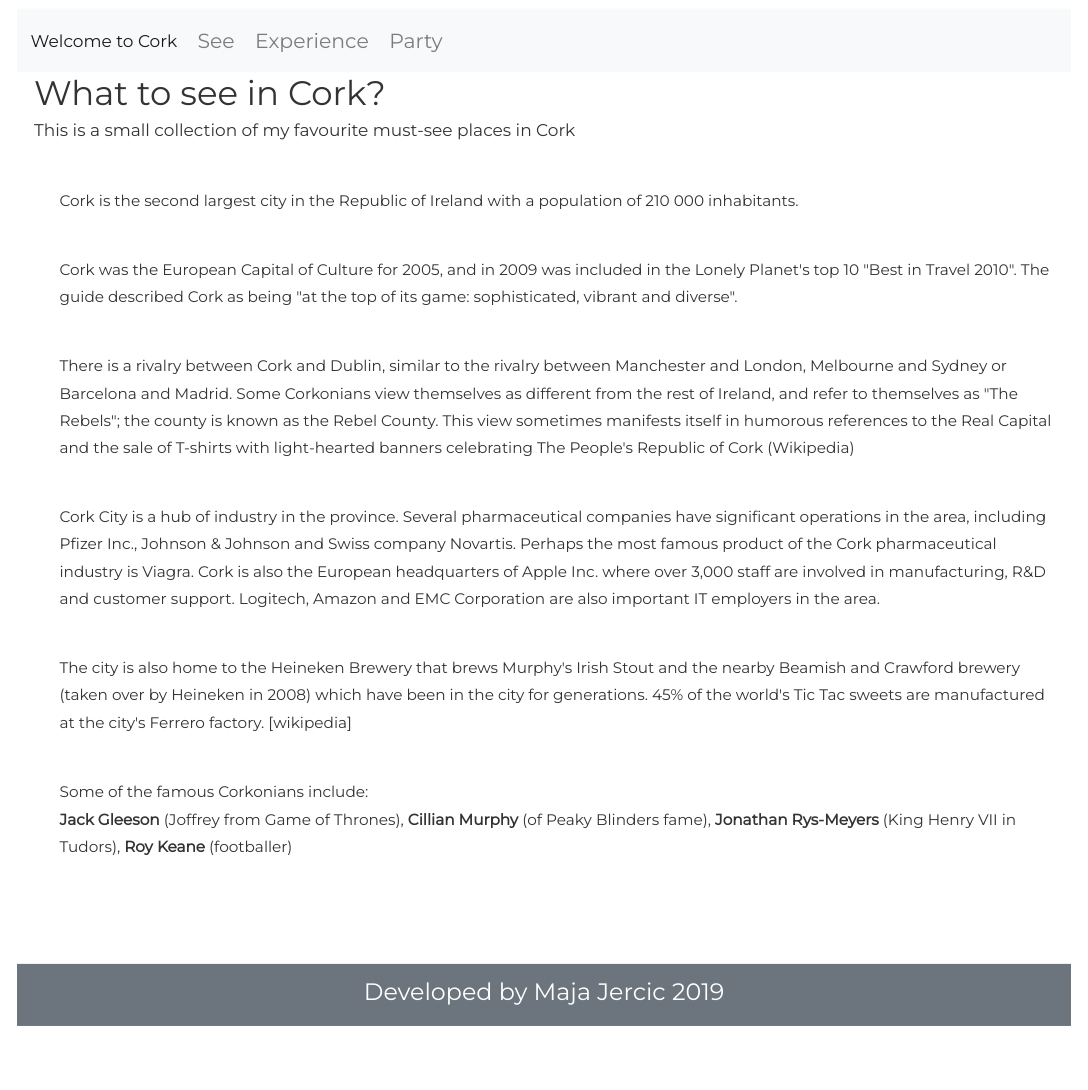
Repository: Maja-Jer/Welcome-to-Cork
Page: index.html
The author's editor kept a record of every edit. The page is drawn from the files as they stood at one moment, then again after the next edit.
The browser window is 1280 px wide. The pictures show the whole page, at 85% of full size.
Some web libraries are served in a nearby version.

Above is the page before.
Console error: TypeError: Cannot read properties of undefined (reading 'fn')

After the next edit:
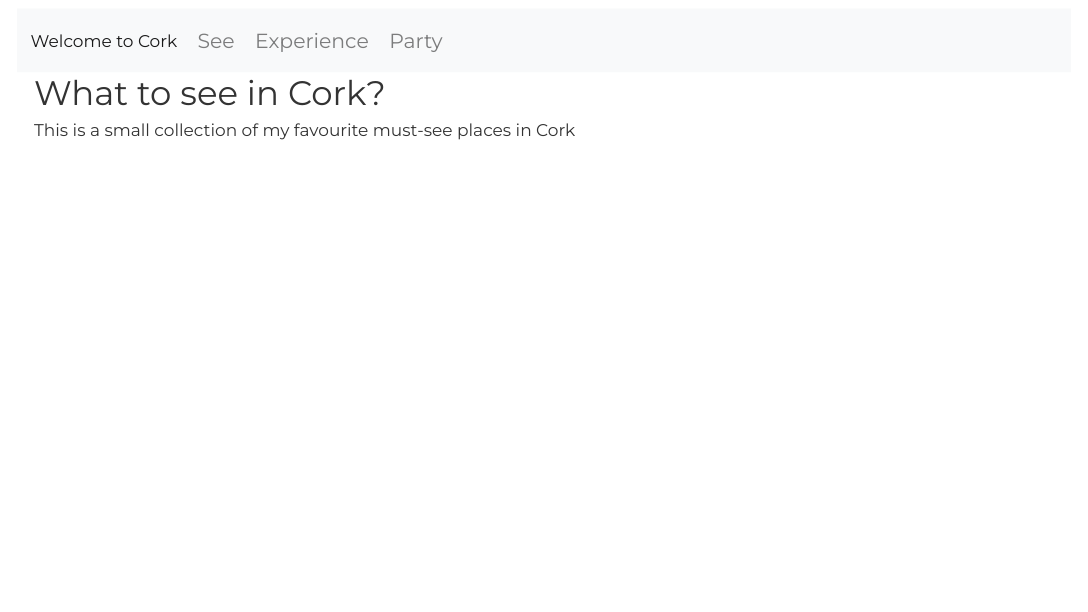
The edit:
--- a/index.html
+++ b/index.html
@@ -43,26 +43,9 @@
 
     <!--------------- Sites -------->
 
-    <div class="container-fluid" id="container-about-cork">
-        <p>Cork is the second largest city in the Republic of Ireland with a population of 210 000 inhabitants.</p>
-        <br>
-        <p>Cork was the European Capital of Culture for 2005, and in 2009 was included in the Lonely Planet's top 10 "Best in Travel 2010". The guide described Cork as being "at the top of its game: sophisticated, vibrant and diverse".
-        </p>
-        <br>
-        <p>There is a rivalry between Cork and Dublin, similar to the rivalry between Manchester and London, Melbourne and Sydney or Barcelona and Madrid. Some Corkonians view themselves as different from the rest of Ireland, and refer to themselves
-            as "The Rebels"; the county is known as the Rebel County. This view sometimes manifests itself in humorous references to the Real Capital and the sale of T-shirts with light-hearted banners celebrating The People's Republic of Cork (Wikipedia)
-        </p>
-        <br>
-        <p>Cork City is a hub of industry in the province. Several pharmaceutical companies have significant operations in the area, including Pfizer Inc., Johnson & Johnson and Swiss company Novartis. Perhaps the most famous product of the Cork pharmaceutical
-            industry is Viagra. Cork is also the European headquarters of Apple Inc. where over 3,000 staff are involved in manufacturing, R&D and customer support. Logitech, Amazon and EMC Corporation are also important IT employers in the area.
-        </p>
-        <br>
-        <p>The city is also home to the Heineken Brewery that brews Murphy's Irish Stout and the nearby Beamish and Crawford brewery (taken over by Heineken in 2008) which have been in the city for generations. 45% of the world's Tic Tac sweets are manufactured
-            at the city's Ferrero factory. [wikipedia]
-        </p>
-        <br>
-        <p>Some of the famous Corkonians include: <br><strong>Jack Gleeson</strong> (Joffrey from Game of Thrones), <strong>Cillian Murphy</strong> (of Peaky Blinders fame), <strong>Jonathan Rys-Meyers</strong> (King Henry VII in Tudors), <strong>Roy Keane</strong>                (footballer)
-        </p>
+    <div class="container-fluid all-sites>
+
+
     </div>
 
 
